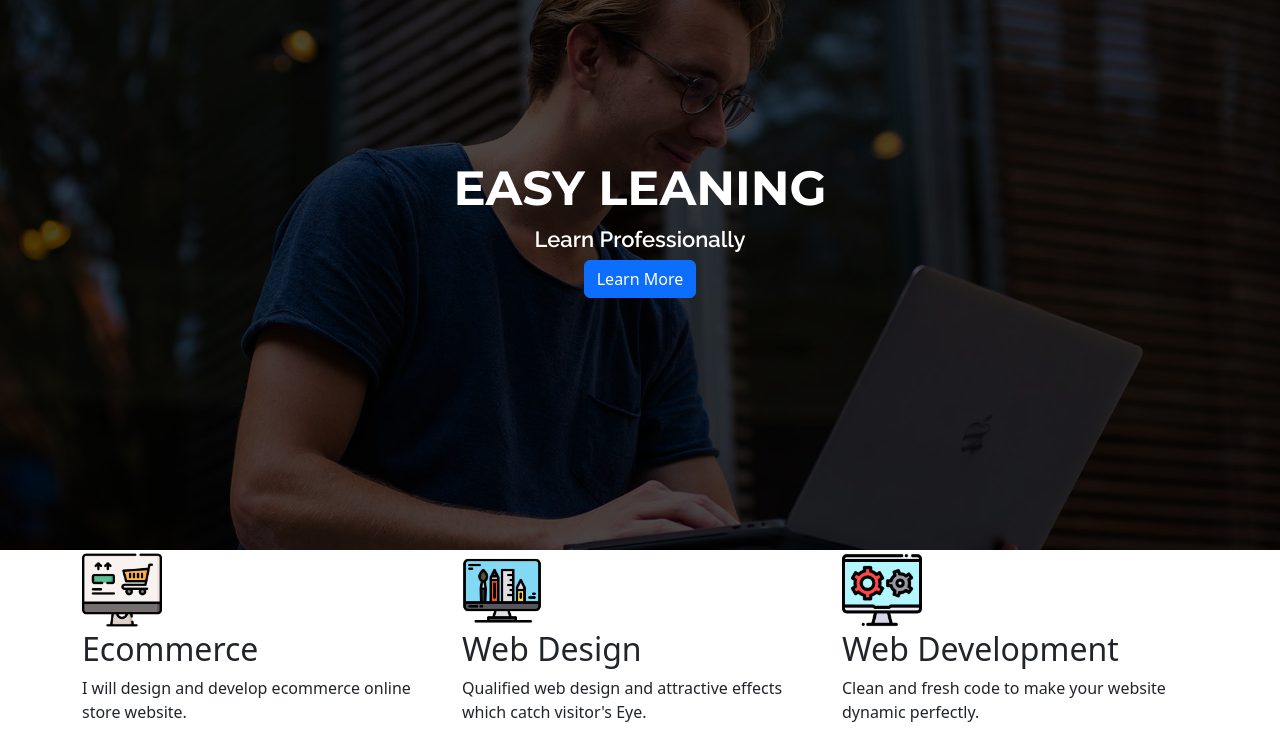
Repository: masamichan/free_video_app
Page: /
These files come from the project's save history. The page is drawn as it stood at one moment and after the next save; the edit follows.
The browser window is 1280 px wide. The pictures show the whole page.
Backgrounds fixed to the window are drawn as part of the page. The project was rebuilt for these pictures with package versions that can differ from the ones it lists, and the page was loaded fresh each time.

Above is the page before, as saved 2023-01-22 11:51:55.

### public/index.html
<!DOCTYPE html>
<html lang="en">
  <head>
    <meta charset="utf-8" />
    <link rel="icon" href="%PUBLIC_URL%/icon.png" />
    <meta name="viewport" content="width=device-width, initial-scale=1" />
    <meta name="theme-color" content="#000000" />
    <meta
      name="description"
      content="Web site created using create-react-app"
    />

    <link rel="manifest" href="%PUBLIC_URL%/manifest.json" />

    <link rel="preconnect" href="https://fonts.googleapis.com">
    <link rel="preconnect" href="https://fonts.gstatic.com" crossorigin>
    <link
      href="https://fonts.googleapis.com/css2?family=Montserrat:wght@400;700;800&family=Raleway:wght@300;400;600;700&display=swap"
      rel="stylesheet">

    <title>Easy Leaning</title>
  </head>
  <body>
    <noscript>You need to enable JavaScript to run this app.</noscript>
    <div style="width: 100%;" id="root"></div>

  </body>
</html>

### src/App.js
import React from "react";
import Services from "./components/Services/Services";
import { TopBanner } from "./components/TopBanner/TopBanner";

function App() {
  return (
    <div>
      <TopBanner />
      <Services />
    </div>
  );
}

export default App;

### src/components/Services/Services.jsx
import React, { Component, Fragment } from "react";
import { Col, Container, Row } from "react-bootstrap";
import designIcon from "../../asset/image/design.png";
import ecommerceIcon from "../../asset/image/ecommerce.png";
import webIcon from "../../asset/image/web.png";

export class Services extends Component {
  render() {
    return (
      <Fragment>
        <Container>
          <Row>
            <Col lg={4} md={6} sm={12}>
              <div className="serviceCard">
                <img className="ecommerceIcon" src={ecommerceIcon} />
                <h2>Ecommerce</h2>
                <p>I will design and develop ecommerce online store website.</p>
              </div>
            </Col>
            <Col lg={4} md={6} sm={12}>
              <div>
                <img className="designIcon" src={designIcon} />
                <h2>Web Design</h2>
                <p>
                  Qualified web design and attractive effects which catch
                  visitor's Eye.
                </p>
              </div>
            </Col>
            <Col lg={4} md={6} sm={12}>
              <div>
                <img className="webIcon" src={webIcon} />
                <h2>Web Development</h2>
                <p>
                  Clean and fresh code to make your website dynamic perfectly.
                </p>
              </div>
            </Col>
          </Row>
        </Container>
      </Fragment>
    );
  }
}

export default Services;

### src/components/TopBanner/TopBanner.jsx
import React, { Component, Fragment } from "react";
import { Button, Col, Container, Row } from "react-bootstrap";
import "../../asset/css/custom.css";
import "../../asset/css/bootstrap.css";

export class TopBanner extends Component {
  render() {
    return (
      <Fragment>
        <Container fluid={true} className="topFixedBanner p-0">
          <div className="topBannerOverlay">
            <Container className="topContent">
              <Row>
                <Col className="text-center">
                  <h1 className="topTitle">EASY LEANING</h1>
                  <h4 className="topSubTitle">Learn Professionally</h4>
                  <Button variant="primary">Learn More</Button>
                </Col>
              </Row>
            </Container>
          </div>
        </Container>
      </Fragment>
    );
  }
}

export default TopBanner;

### src/asset/css/custom.css
.topFixedBanner {
  background-image: url("../image/banner.jpg");
  min-height: 550px;
  background-attachment: fixed;
  background-position: center;
  background-repeat: no-repeat;
  background-size: cover;
}
.topBannerOverlay {
  position: absolute;
  min-height: 550px;
  width: 100%;
  background: rgb(0, 0, 0, 0.7);
}

.topContent {
  margin-top: 10em;
}

.topTitle {
  font-family: "Montserrat", sans-serif;
  font-weight: 700;
  color: #ffffff;
  font-size: 48px;
}

.topSubTitle {
  font-family: "Raleway", san-serif;
  font-weight: 600;
  color: #ffffff;
  font-size: 22px;
}

.ecommerceIcon {
  height: 80px;
  width: 80px;
}

.designIcon {
  height: 80px;
  width: 80px;
}

.webIcon {
  height: 80px;
  width: 80px;
}

Loaded but not shown: src/index.js (common file); src/asset/css/bootstrap.css (library)

After the next save:
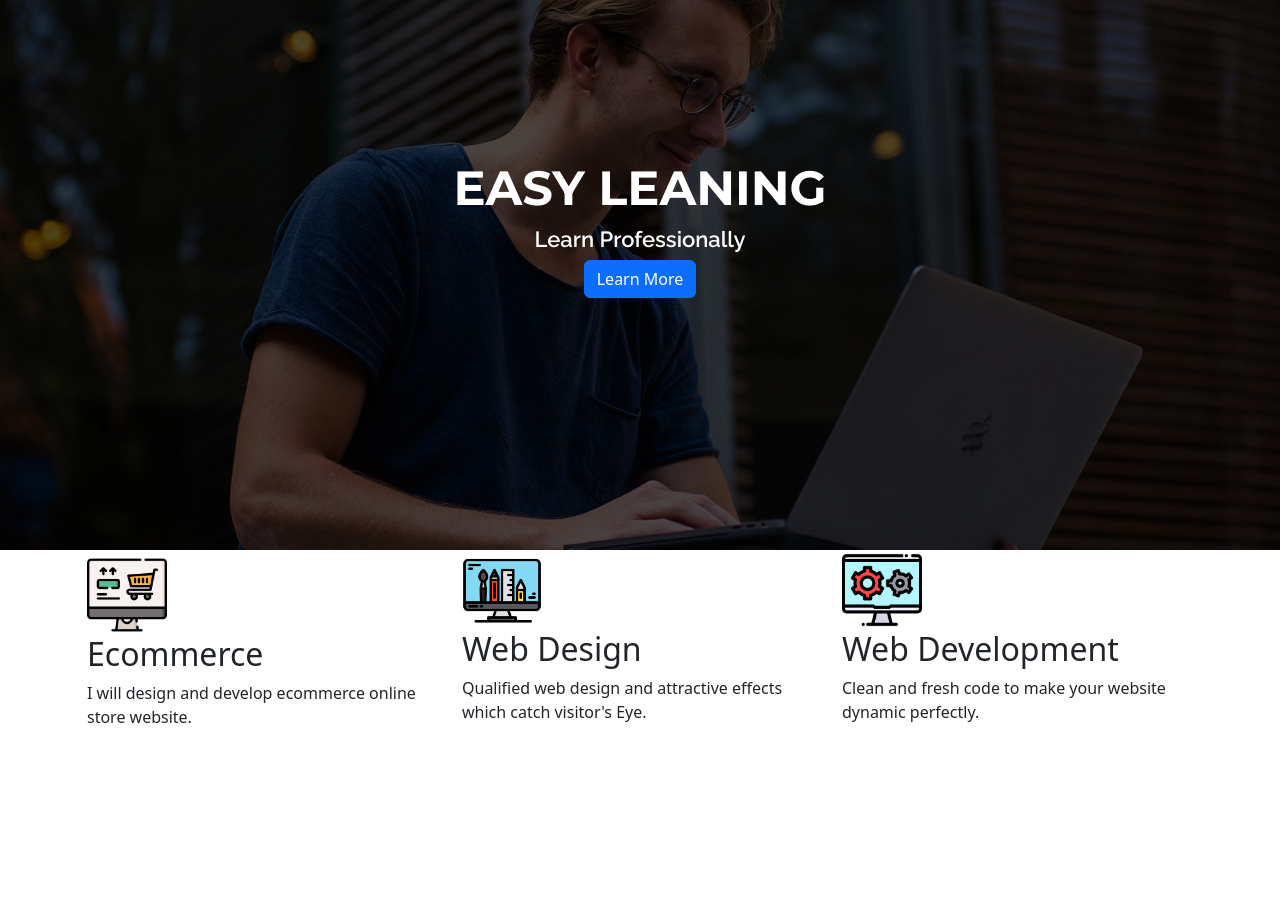
Saved 2 min 43 s later.
--- a/src/asset/css/custom.css
+++ b/src/asset/css/custom.css
@@ -45,3 +45,8 @@
   height: 80px;
   width: 80px;
 }
+
+.serviceCard {
+  margin: 5px 5px 5px 5px;
+  height: 22rem;
+}
